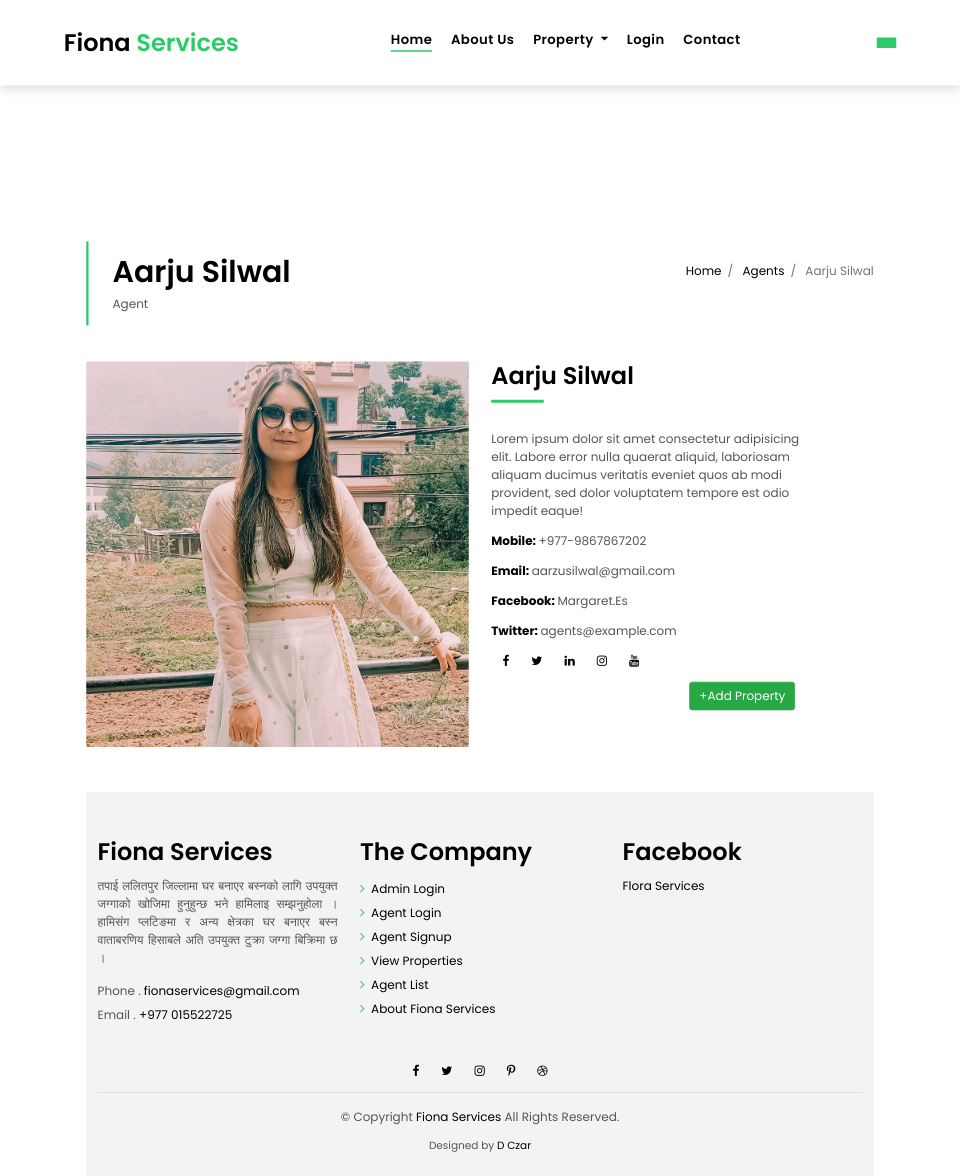
Repository: Sjuicyy/realstate
Page: profile.html
The author's editor kept a copy of each file at every save. The page is drawn from the files as they stood at one save, then again after a run of saves.
The browser window is 1280 px wide. The pictures show the whole page, at 75% of full size.

Above is the page before, as saved 2022-10-15 09:52:15.

### profile.html
<!DOCTYPE html>
<html lang="en">

<head>
    <meta charset="utf-8">
    <title>Fiona Services</title>
    <meta content="width=device-width, initial-scale=1.0" name="viewport">
    <meta content="" name="keywords">
    <meta content="" name="description">

    <!-- Favicons -->
    <link href="img/favicon.png" rel="icon">
    <link href="img/apple-touch-icon.png" rel="apple-touch-icon">

    <!-- Google Fonts -->
    <link href="https://fonts.googleapis.com/css?family=Poppins:300,400,500,600,700" rel="stylesheet">

    <!-- Bootstrap CSS File -->
    <link href="lib/bootstrap/css/bootstrap.min.css" rel="stylesheet">

    <!-- Libraries CSS Files -->
    <link href="lib/font-awesome/css/font-awesome.min.css" rel="stylesheet">
    <link href="lib/animate/animate.min.css" rel="stylesheet">
    <link href="lib/ionicons/css/ionicons.min.css" rel="stylesheet">
    <link href="lib/owlcarousel/assets/owl.carousel.min.css" rel="stylesheet">

    <!-- Main Stylesheet File -->
    <link href="css/style.css" rel="stylesheet">

    <!-- =======================================================
    Theme Name: EstateAgency
    Theme URL: https://bootstrapmade.com/real-estate-agency-bootstrap-template/
    Author: BootstrapMade.com
    License: https://bootstrapmade.com/license/
  ======================================================= -->
</head>
<div id="fb-root"></div>
<script async defer crossorigin="anonymous" src="https://connect.facebook.net/en_US/sdk.js#xfbml=1&version=v14.0"
    nonce="0jwGYLXn"></script>

<body>
    <!-- / Form Search End /-->

    <!--/ Nav Star /-->
    <nav class="navbar navbar-default navbar-trans navbar-expand-lg fixed-top">
        <div class="container">
            <button class="navbar-toggler collapsed" type="button" data-toggle="collapse" data-target="#navbarDefault"
                aria-controls="navbarDefault" aria-expanded="false" aria-label="Toggle navigation">
            </button>
            <a class="navbar-brand text-brand" href="/index.php">Fiona<span class="color-b"> Services</span></a>
            <button type="button" class="btn btn-link nav-search navbar-toggle-box-collapse d-md-none"
                data-toggle="collapse" data-target="#navbarTogglerDemo01" aria-expanded="false" title="Agent Space">

            </button>
            <div class="navbar-collapse collapse justify-content-center" id="navbarDefault">
                <ul class="navbar-nav">
                    <li class="nav-item">
                        <a class="nav-link active" href="index.php">Home</a>
                    </li>
                    <li class="nav-item">
                        <a class="nav-link" href="about.php">About Us</a>
                    </li>
                    <li class="nav-item dropdown">
                        <a class="nav-link dropdown-toggle" href="#" id="navbarDropdown" role="button"
                            data-toggle="dropdown" aria-haspopup="true" aria-expanded="false">
                            Property
                        </a>
                        <div class="dropdown-menu" aria-labelledby="navbarDropdown">
                            <a class="dropdown-item" href="property-single.php">Property Single</a>
                            <a class="dropdown-item" href="property-grid.php">Property List</a>
                        </div>
                    </li>
                    <li class="nav-item">
                        <a class="nav-link" href="Login.php">Login</a>
                    </li>
                    <li class="nav-item">
                        <a class="nav-link" href="contact.php">Contact</a>
                    </li>
                </ul>
            </div>
            <button type="button" class="btn btn-b-n navbar-toggle-box-collapse d-none d-md-block"
                data-toggle="collapse" data-target="#navbarTogglerDemo01" aria-expanded="false" title="Agent Space">
            </button>
        </div>
    </nav>
    <!--/ Nav End /-->



    <div class="container" style="margin-top:130px;">

        <div class="container" style="margin-top:130px;">
             <!-- ======= Intro Single ======= -->
    <section class="intro-single">
        <div class="container">
          <div class="row">
            <div class="col-md-12 col-lg-8">
              <div class="title-single-box">
                <h1 class="title-single">Aarju Silwal</h1>
                <span class="color-text-a">Agent </span>
              </div>
            </div>
            <div class="col-md-12 col-lg-4">
              <nav aria-label="breadcrumb" class="breadcrumb-box d-flex justify-content-lg-end">
                <ol class="breadcrumb">
                  <li class="breadcrumb-item">
                    <a href="#">Home</a>
                  </li>
                  <li class="breadcrumb-item">
                    <a href="#">Agents</a>
                  </li>
                  <li class="breadcrumb-item active" aria-current="page">
                    Aarju Silwal
                  </li>
                </ol>
              </nav>
            </div>
          </div>
        </div>
      </section><!-- End Intro Single -->

      <!-- ======= Agent Single ======= -->
      <section class="agent-single">
        <div class="container">
          <div class="row">
            <div class="col-sm-12">
              <div class="row">
                <div class="col-md-6">
                  <div class="agent-avatar-box">
                    <img src="./img/aarju miss.jpg" alt="" class="agent-avatar img-fluid">
                  </div>
                </div>
                <div class="col-md-5 section-md-t3">
                  <div class="agent-info-box">
                    <div class="agent-title">
                      <div class="title-box-d">
                        <h3 class="title-d">Aarju Silwal
                        </h3>
                      </div>
                    </div>
                    <div class="agent-content mb-3">
                      <p class="content-d color-text-a">
                        Lorem ipsum dolor sit amet consectetur adipisicing elit. Labore error nulla quaerat aliquid, laboriosam aliquam ducimus veritatis eveniet quos ab modi provident, sed dolor voluptatem tempore est odio impedit eaque!
                    </p>
                      <div class="info-agents color-a">
                          <strong>Mobile: </strong>
                          <span class="color-text-a"> +977-9867867202 </span>
                        </p>
                        <p>
                          <strong>Email: </strong>
                          <span class="color-text-a"> aarzusilwal@gmail.com</span>
                        </p>
                        <p>
                          <strong>Facebook: </strong>
                          <span class="color-text-a"> Margaret.Es</span>
                        </p>
                        <p>
                          <strong>Twitter: </strong>
                          <span class="color-text-a"> agents@example.com</span>
                        </p>
                      </div>
                    </div>
                    <div class="col-md-12">

                        <div class="socials-a">
                          <ul class="list-inline">
                            <li class="list-inline-item">
                              <a href="#">
                                <i class="fa fa-facebook" aria-hidden="true"></i>
                              </a>
                            </li>
                            <li class="list-inline-item">
                              <a href="#">
                                <i class="fa fa-twitter" aria-hidden="true"></i>
                              </a>
                            </li>
                            <li class="list-inline-item">
                              <a href="#">
                                <i class="fa fa-linkedin" aria-hidden="true"></i>
                              </a>
                            </li>
                            <li class="list-inline-item">
                              <a href="#">
                                <i class="fa fa-instagram" aria-hidden="true"></i>
                              </a>
                            </li>
                            <li class="list-inline-item">
                              <a href="#">
                                <i class="fa fa-youtube" aria-hidden="true"></i>
                              </a>
                            </li>
                          </ul>
                        </div>
                        <a href="./Add-Property.html">
                            <div class="btn float-right btn-success mb-3">+Add Property</div>
                        </a>
                  </div>
                </div>
              </div>
            </div>
        </div>

    </div>




















    <!--/ footer Star /-->
    <section class="section-footer">
        <div class="container">
            <div class="row">
                <div class="col-sm-12 col-md-4">
                    <div class="widget-a">
                        <div class="w-header-a">
                            <h3 class="w-title-a text-brand">Fiona Services</h3>
                        </div>
                        <div class="w-body-a">
                            <p class="w-text-a color-text-a" align="justify">
                                तपाई ललितपुर जिल्लामा घर बनाएर बस्नको लागि उपयुक्त जग्गाको खोजिमा हुनुहुन्छ भने
                                हामिलाइ सम्झनुहोला ।
                                हामिसंग प्लटिङमा र अन्य क्षेत्रका घर बनाएर बस्न वाताबरणिय हिसाबले अति उपयुक्त
                                टुक्रा जग्गा बिक्रिमा छ
                                ।
                            </p>
                        </div>
                        <div class="w-footer-a">
                            <ul class="list-unstyled">
                                <li class="color-a">
                                    <span class="color-text-a">Phone .</span> fionaservices@gmail.com
                                </li>
                                <li class="color-a">
                                    <span class="color-text-a">Email .</span> +977 015522725
                                </li>
                            </ul>
                        </div>
                    </div>
                </div>
                <div class="col-sm-12 col-md-4 section-md-t3">
                    <div class="widget-a">
                        <div class="w-header-a">
                            <h3 class="w-title-a text-brand">The Company</h3>
                        </div>
                        <div class="w-body-a">
                            <div class="w-body-a">
                                <ul class="list-unstyled">
                                    <li class="item-list-a">
                                        <i class="fa fa-angle-right"></i> <a href="#">Admin Login</a>
                                    </li>
                                    <li class="item-list-a">
                                        <i class="fa fa-angle-right"></i> <a href="#">Agent Login</a>
                                    </li>
                                    <li class="item-list-a">
                                        <i class="fa fa-angle-right"></i> <a href="#">Agent Signup</a>
                                    </li>
                                    <li class="item-list-a">
                                        <i class="fa fa-angle-right"></i> <a href="#">View Properties</a>
                                    </li>
                                    <li class="item-list-a">
                                        <i class="fa fa-angle-right"></i> <a href="#">Agent List</a>
                                    </li>
                                    <li class="item-list-a">
                                        <i class="fa fa-angle-right"></i> <a href="#">About Fiona Services</a>
                                    </li>
                                </ul>
                            </div>
                        </div>
                    </div>
                </div>
                <div class="col-sm-12 col-md-4 section-md-t3">
                    <div class="widget-a">
                        <div class="w-header-a">
                            <h3 class="w-title-a text-brand">Facebook</h3>
                        </div>
                        <div class="w-body-a">
                            <div class="fb-page" data-href="https://www.facebook.com/floraservices2070"
                                data-tabs="timeline" data-width="" data-height="110" data-small-header="false"
                                data-adapt-container-width="true" data-hide-cover="false" data-show-facepile="false">
                                <blockquote cite="https://www.facebook.com/floraservices2070"
                                    class="fb-xfbml-parse-ignore"><a
                                        href="https://www.facebook.com/floraservices2070">Flora Services</a>
                                </blockquote>
                            </div>
                        </div>
                    </div>
                </div>
            </div>
        </div>
    </section>
    <footer>
        <div class="container">
            <div class="row">
                <div class="col-md-12">

                    <div class="socials-a">
                        <ul class="list-inline">
                            <li class="list-inline-item">
                                <a href="#">
                                    <i class="fa fa-facebook" aria-hidden="true"></i>
                                </a>
                            </li>
                            <li class="list-inline-item">
                                <a href="#">
                                    <i class="fa fa-twitter" aria-hidden="true"></i>
                                </a>
                            </li>
                            <li class="list-inline-item">
                                <a href="#">
                                    <i class="fa fa-instagram" aria-hidden="true"></i>
                                </a>
                            </li>
                            <li class="list-inline-item">
                                <a href="#">
                                    <i class="fa fa-pinterest-p" aria-hidden="true"></i>
                                </a>
                            </li>
                            <li class="list-inline-item">
                                <a href="#">
                                    <i class="fa fa-dribbble" aria-hidden="true"></i>
                                </a>
                            </li>
                        </ul>
                    </div>
                    <div class="copyright-footer">
                        <p class="copyright color-text-a">
                            &copy; Copyright
                            <span class="color-a">Fiona Services</span> All Rights Reserved.
                        </p>
                    </div>
                    <div class="credits">

                        Designed by <a href="https://pritambajagain.com.np/">D Czar</a>
                    </div>
                </div>
            </div>
        </div>
    </footer>
    <!--/ Footer End /-->

    <a href="#" class="back-to-top"><i class="fa fa-chevron-up"></i></a>
    <div id="preloader"></div>

    <!-- JavaScript Libraries -->
    <script>
        function readURL(input) {
            if (input.files && input.files[0]) {
                var reader = new FileReader();

                reader.onload = function (e) {
                    $('#blah')
                        .attr('src', e.target.result);
                };

                reader.readAsDataURL(input.files[0]);
            }
        }
    </script>
    <script src="lib/jquery/jquery.min.js"></script>
    <script src="lib/jquery/jquery-migrate.min.js"></script>
    <script src="lib/popper/popper.min.js"></script>
    <script src="lib/bootstrap/js/bootstrap.min.js"></script>
    <script src="lib/easing/easing.min.js"></script>
    <script src="lib/owlcarousel/owl.carousel.min.js"></script>
    <script src="lib/scrollreveal/scrollreveal.min.js"></script>
    <!-- Contact Form JavaScript File -->
    <script src="contactform/contactform.js"></script>

    <!-- Template Main Javascript File -->
    <script src="js/main.js"></script>

</body>

</html>

Loaded but not shown: lib/bootstrap/css/bootstrap.min.css (library); lib/font-awesome/css/font-awesome.min.css (library); lib/animate/animate.min.css (library); lib/ionicons/css/ionicons.min.css (library); lib/owlcarousel/assets/owl.carousel.min.css (library); lib/jquery/jquery.min.js (library); lib/jquery/jquery-migrate.min.js (library); lib/popper/popper.min.js (library); lib/bootstrap/js/bootstrap.min.js (library); lib/easing/easing.min.js (common file); lib/owlcarousel/owl.carousel.min.js (library); lib/scrollreveal/scrollreveal.min.js (library); js/main.js (150 lines, source omitted); contactform/contactform.js (118 lines, source omitted); css/style.css (2025 lines, source omitted)

After the next 4 saves:
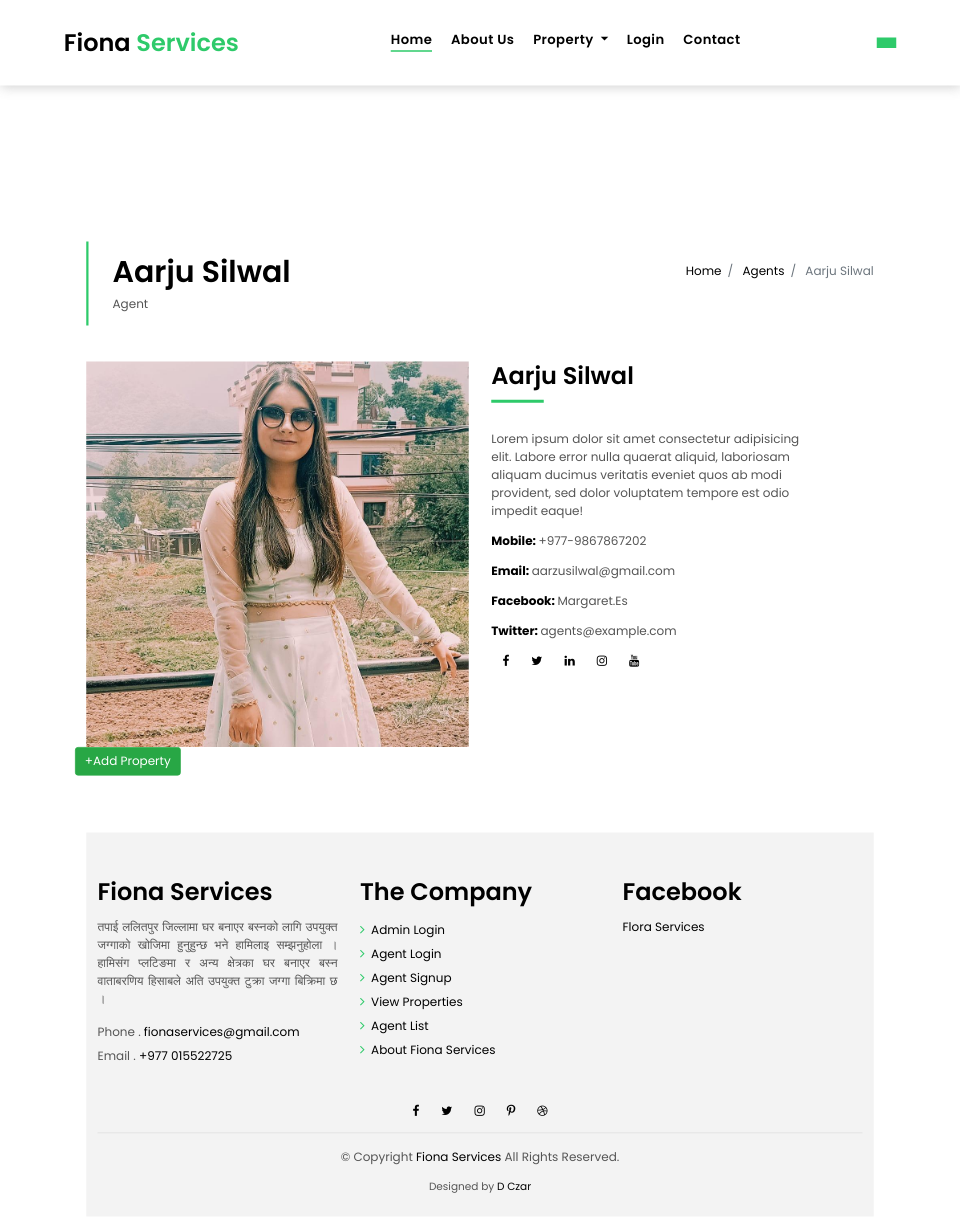
The 4 saves are shown as one change because they came seconds apart.
The last was saved 13 s later.
--- a/profile.html
+++ b/profile.html
@@ -191,14 +191,14 @@
                             </li>
                           </ul>
                         </div>
-                        <a href="./Add-Property.html">
-                            <div class="btn float-right btn-success mb-3">+Add Property</div>
-                        </a>
-                  </div>
-                </div>
-              </div>
-            </div>
-        </div>
+                    </div>
+                </div>
+            </div>
+        </div>
+    </div>
+    <a href="./Add-Property.html">
+        <div class="btn float-right btn-success mb-3">+Add Property</div>
+    </a>
 
     </div>
 

After the 6 saves that followed:
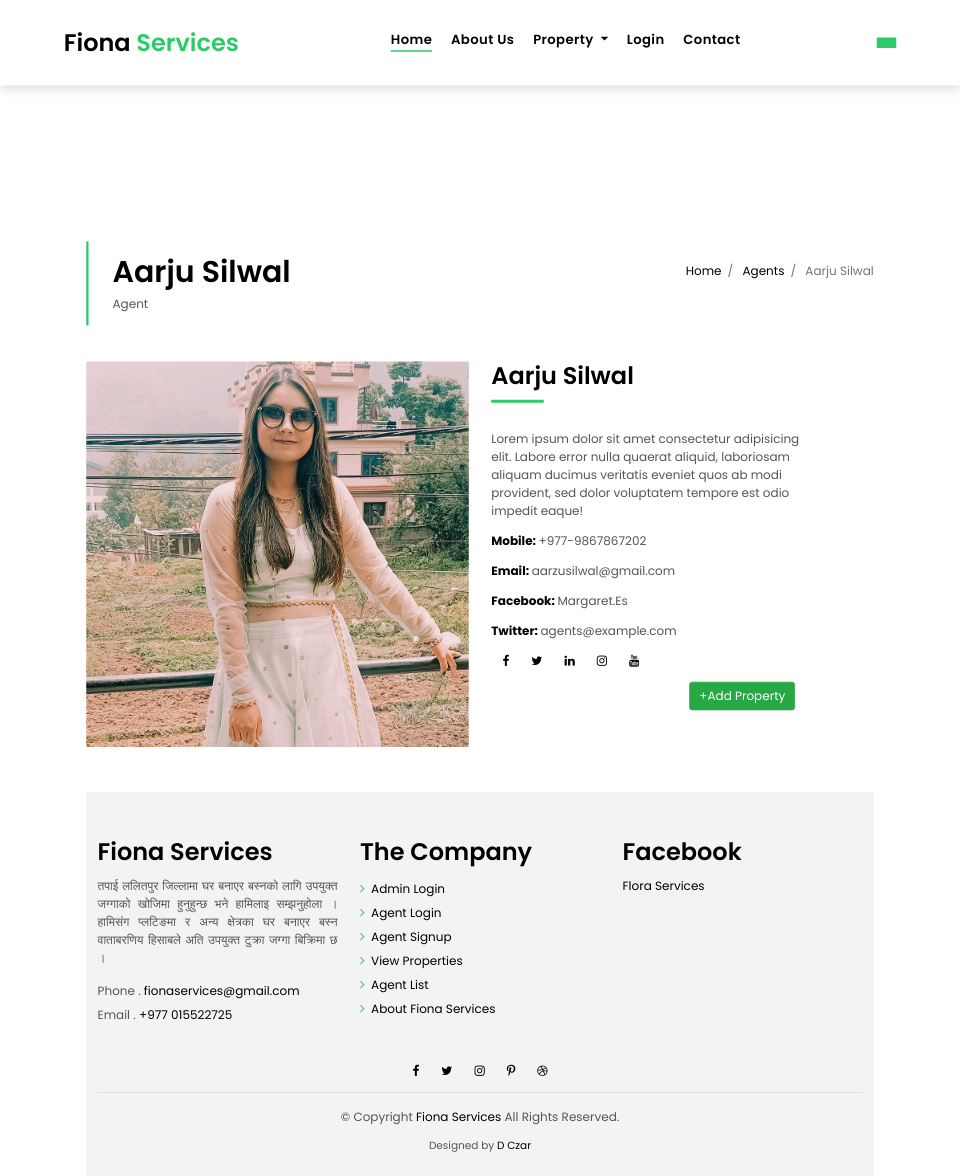
The 6 saves are shown as one change because they came seconds apart.
The last was saved 12 s later.
--- a/profile.html
+++ b/profile.html
@@ -187,18 +187,18 @@
                             <li class="list-inline-item">
                               <a href="#">
                                 <i class="fa fa-youtube" aria-hidden="true"></i>
-                              </a>
-                            </li>
-                          </ul>
+                            </a>
+                        </li>
+                    </ul>
+                    <a href="./Add-Property.html">
+                        <div class="btn float-right btn-success mb-3">+Add Property</div>
+                    </a>
                         </div>
                     </div>
                 </div>
             </div>
         </div>
     </div>
-    <a href="./Add-Property.html">
-        <div class="btn float-right btn-success mb-3">+Add Property</div>
-    </a>
 
     </div>
 
